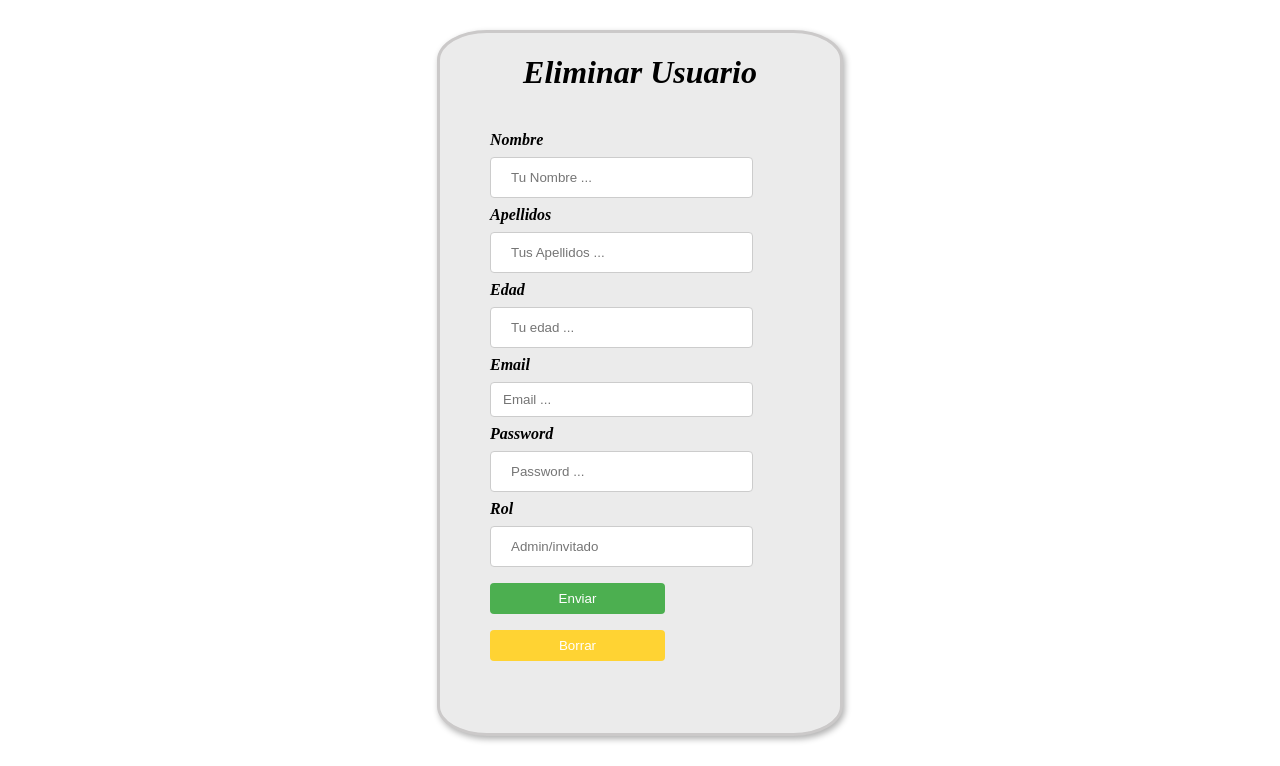
Repository: nachmz42/ProyectoJoker
Page: http://localhost/Joker/eliminarusuario.jsp
The author's editor kept a copy of each file at every save. The page is drawn from the files as they stood at one save, then again after the next save.
The browser window is 1280 px wide. The pictures show the whole page.
The page is served by Tomcat 9.

Above is the page before, as saved 2021-07-02 11:38:15.

After the next save:
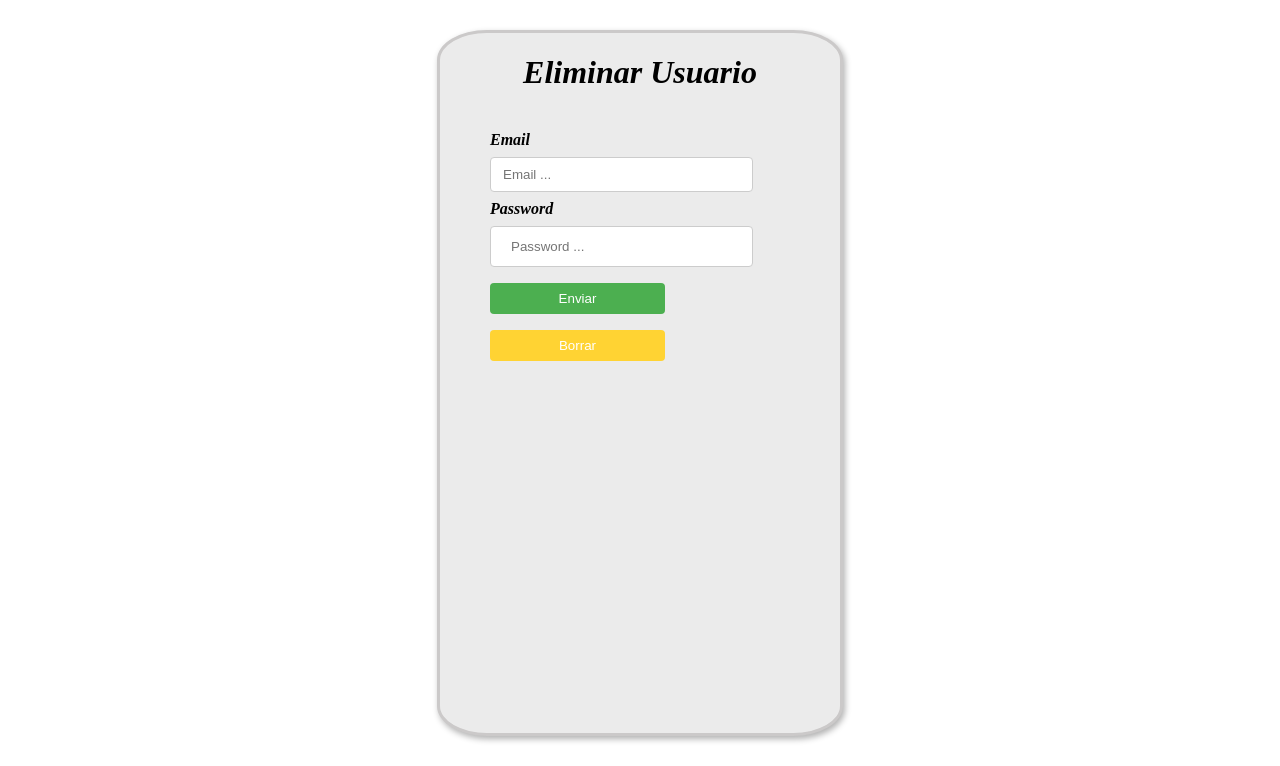
Saved 30 s later.
--- a/Joker/src/main/webapp/eliminarusuario.jsp
+++ b/Joker/src/main/webapp/eliminarusuario.jsp
@@ -16,15 +16,6 @@
   	<form action="/Joker/ServletEliminarusuario" method="post"><br>
 
   	<div class="form2" style="">
-    <label for="nombre" id="1">Nombre</label><br>
-    <input type="text" id="nombre" name="nombre" placeholder="Tu Nombre ..."  required><br>
-
-    <label for="apellidos"  >Apellidos</label><br>
-    <input type="text" id="apellidos" name="apellidos" placeholder="Tus Apellidos ..." required><br>
-
-
-    <label for="edad" id="1">Edad</label><br>
-    <input type="text" id="edad" name="edad" placeholder="Tu edad ..."  required  ><br>
 
 
     <label for="email" id="1">Email</label><br>
@@ -34,9 +25,6 @@
 
     <label for="password" id="1" >Password</label><br>
     <input type="text" id="password" name="password" placeholder="Password ..."  required>  <br>
-
-    <label for="rol" id="1" >Rol</label><br>
-    <input type="text" id="rol" name="rol" placeholder="Admin/invitado"  required  >  <br>
 
 
     <input type="submit" value="Enviar"><br>
